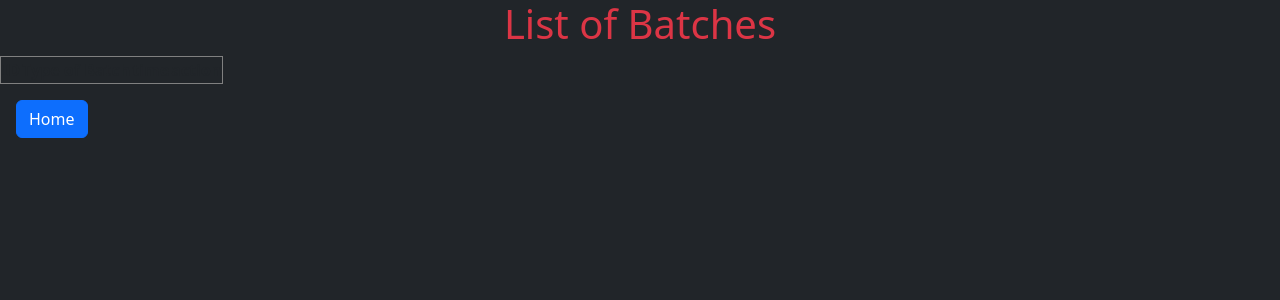
Repository: Jannis-Buschhaus/simplilearn-assessment-phase2
Page: http://localhost/FunfitWebapp/BatchController?target=viewBatch
The author's editor kept a copy of each file at every save. The page is drawn from the files as they stood at one save, then again after the next save.
The browser window is 1280 px wide. The pictures show the whole page.
The page is served by Tomcat 9. Queries for data that is not in the repository find no rows.

Above is the page before, as saved 2024-05-30 14:31:09.

After the next save:
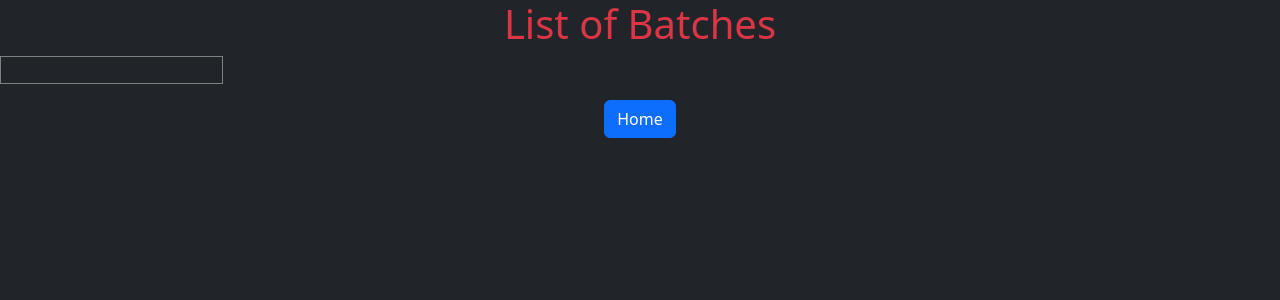
Saved 26 s later.
--- a/FunfitWebapp/src/main/webapp/viewBatch.jsp
+++ b/FunfitWebapp/src/main/webapp/viewBatch.jsp
@@ -34,6 +34,7 @@
 		}
 	</script>
 	<h1 class="text-danger text-center">List of Batches</h1>
+	<div class="text-center">
 	<table border="1">
 		<tr>
 			<th>ID</th><th>Type of Batch</th><th>time</th><th>action</th>
@@ -74,5 +75,6 @@
 		</form>
 	</div>
 	<a  class="btn btn-primary m-3" href="index.jsp">Home</a>
+	</div>
 </body>
 </html>
